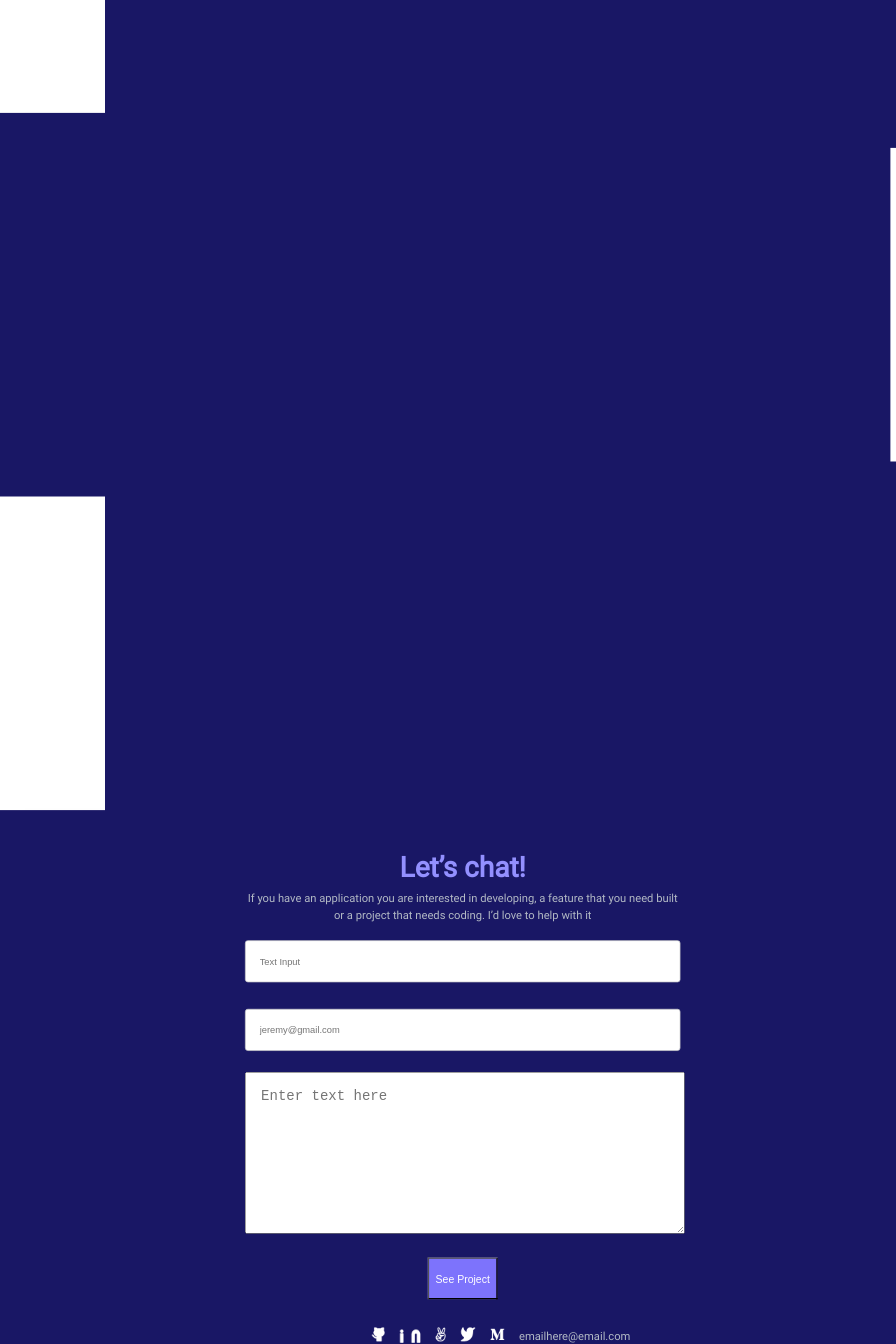
Repository: mustabbas/Portfolio
Page: index.html
An editor plug-in stored every save of this project. The page is shown before and after the next save, followed by the edit.
The browser window is 1280 px wide. The pictures show the part of the page from y = 1986 to 3906 px (the page is 3906 px tall), at 70% of full size.

Above is the page before, as saved 2021-08-19 22:50:47.

### index.html
<!DOCTYPE html>
<html lang="en">
<head>
    <meta charset="UTF-8">
    <meta name="viewport" content="width=device-width, initial-scale=1.0">
    <meta http-equiv="X-UA-Compatible" content="ie=edge">
    <link rel="stylesheet" href="style.css"/>
    <title>Mustafa Portfolio</title>
</head>
<body>
    <section class="container">
        <header class="header">
            <a href="#"><h2>Mustafa Abbas</h2></a>
            <nav class="humberger">
            <img  src="./assets/img/humberger.png" alt="humberger"/>
            <img  src="./assets/img/humberger.png" alt="humberger"/>
            <img  src="./assets/img/humberger.png" alt="humberger"/>
            </nav>
            <ul class="main-nav">
                <li><a href="#">Portoflio</a></li>
                <li><a href="#">About</a></li>
                <li><a href="#">Contact</a></li>
                <li ><a href="#"><img class="email-pic" src="./assets/img/Icon-Mail.png" alt="email"/></a></li >
            </ul>
        </header>
        <div class="head-wraper">
            <div class="title-wraper">
                <h1>Mustafa Abbas</h1>
                <h2>Software Developer</h2>
            </div>
        </div>
        <div class="wrap-content">
        <div class="box"><p>I can help you build a product , feature or website Look through some of my work and experience! If you like what you see and have a project you need coded,  don’t hestiate to contact me.</p></div>
        <div class="line"></div>
        <div class="skills">
        <ul>
            <li>Language</li>
            <li>Javascript</li>
            <li>Ruby</li>
            <li>Html</li>
            <li>Css</li>
        </ul>
        <ul>
            <li>Frameworks</li>
            <li>Ruby on Rails</li>
            <li>Bootstrap</li>
            <li>RSPec</li>
            <li>CapyBara</li>
        </ul>
        <ul>
            <li>Skills</li>
            <li>Codekit</li>
            <li>Github</li>
            <li>Codepen</li>
            <li>Gitlab</li>
        </ul>
      </div>
      <div class="line"></div>
    </div>

    </section>
    <div class="footer-nav ml justify-space">
        <div class="work-container work-reverse">
            <div class="arrow-container arrow-reverse">
            <img src="./assets/img/Vector-line-arrow.png" alt="Vector-line-arrow"/>
            <img src="./assets/img/Vector-arrow.png" alt="Vector-arrow"/>
            </div>
            <span>Work</span>
        </div>
        <div class="vector-container">
            <ul>
                <li><img src="./assets/img/Vector-github.png" alt="Vector-github"/></li>
                <li>
                    <div class="linked-container">
                            <div>
                                    <img src="./assets/img/Vector-dot-linkedin.png" alt="Vector-dot-linkedin"/>
                                    <img src="./assets/img/Vector-line-linkedin.png" alt="Vector-line-linkedin"/>
                            </div>
                            <img id="vector2" src="./assets/img/Vector-n-linkedin.png" alt="Vector-n-linkedin"/>
                     </div>
                </li>
                <li> <img src="./assets/img/Vector.png" alt="Vector"/></li>
                <li><img src="./assets/img/Vector-twitter.png" alt="Vector-twitter"/></li>
                <li> <img src="./assets/img/Vector-M.png" alt="Vector-M"/></li>
            </ul>

         </div>
         <div class="work-container">
            <div class="arrow-container">
            <img src="./assets/img/Vector-line-arrow.png" alt="Vector-line-arrow"/>
            <img src="./assets/img/Vector-arrow.png" alt="Vector-arrow"/>
            </div>
            <span>Work</span>
        </div>
    </div>

    <section class="recent-work">
    <h3>My recent work</h3>
    <div class="line"></div>
    <div class="card card-left">
       <img src="./assets/img/Placeholder.png" alt="Placeholder"/>
       <div class="card-body">
           <h4>Multi-Post Stories</h4>
           <p>A daily selection of privately personalized reads; no accounts or sign-ups required. has been the industry's standard dummy text ever since the 1500s, when an unknown printer took a standard dummy text.</p>
            <ul>
                <li>css</li>
                <li class="vertical-line"></li>
                <li>html</li>
                <li class="vertical-line"></li>
                <li>bootstrap</li>
                <li class="vertical-line"></li>
                <li>Ruby</li>
            </ul>
            <button type="button" class="button">See Project</button>
       </div>
    </div>
    <div class="card card-reverse">
        <img src="./assets/img/Placeholder.png" alt="Placeholder"/>
        <div class="card-body">
            <h4>Multi-Post Stories</h4>
            <p>A daily selection of privately personalized reads; no accounts or sign-ups required. has been the industry's standard dummy text ever since the 1500s, when an unknown printer took a standard dummy text.</p>
             <ul>
                 <li>css</li>
                 <li class="vertical-line"></li>
                 <li>html</li>
                 <li class="vertical-line"></li>
                 <li>bootstrap</li>
                 <li class="vertical-line"></li>
                 <li>Ruby</li>
             </ul>
             <button type="button" class="button">See Project</button>
        </div>
     </div>
     <div class="card card-left">
        <img src="./assets/img/Placeholder.png" alt="Placeholder"/>
        <div class="card-body">
            <h4>Multi-Post Stories</h4>
            <p>A daily selection of privately personalized reads; no accounts or sign-ups required. has been the industry's standard dummy text ever since the 1500s, when an unknown printer took a standard dummy text.</p>
             <ul>
                 <li>css</li>
                 <li class="vertical-line"></li>
                 <li>html</li>
                 <li class="vertical-line"></li>
                 <li>bootstrap</li>
                 <li class="vertical-line"></li>
                 <li>Ruby</li>
             </ul>
             <button type="button" class="button">See Project</button>
        </div>
     </div>
     <div class="card card-reverse">
        <img src="./assets/img/Placeholder.png" alt="Placeholder"/>
        <div class="card-body">
            <h4>Multi-Post Stories</h4>
            <p>A daily selection of privately personalized reads; no accounts or sign-ups required. has been the industry's standard dummy text ever since the 1500s, when an unknown printer took a standard dummy text.</p>
             <ul>
                 <li>css</li>
                 <li class="vertical-line"></li>
                 <li>html</li>
                 <li class="vertical-line"></li>
                 <li>bootstrap</li>
                 <li class="vertical-line"></li>
                 <li>Ruby</li>
             </ul>
             <button type="button" class="button">See Project</button>
        </div>
     </div>
    </section>

    <div class="card-container">
        <div class="card">
        <div class="card-body center-text margin">
        <h3 class="h3-sm">CONTACT US</h3>
        <h3 class="h3-l">Let’s chat!</h3>
        <p id="contact-p">If you have an application you are interested in developing, a feature that you need built or a project that needs coding. I’d love to help with it </p>
        <form method="POST" action="https://formspree.io/f/xdoypzrq" id="aboutmeForm">
            <input type="text" placeholder="Text Input" maxlength="30" required/>
            <input type="email" placeholder="jeremy@gmail.com" required/>
            <textarea rows="15" cols="48" placeholder="Enter text here" maxlength="500" required></textarea>
            <button type="submit" form="aboutmeForm" class="button btn">See Project</button>
        </form>

        </div>
        <footer class="footer-nav justify-center">
            <div class="vector-container">
                <ul>
                    <li><img src="./assets/img/Vector-github.png" alt="Vector-github"/></li>
                    <li>
                        <div class="linked-container">
                            <div>
                                <img src="./assets/img/Vector-dot-linkedin.png" alt="Vector-dot-linkedin"/>
                                <img src="./assets/img/Vector-line-linkedin.png" alt="Vector-line-linkedin"/>
                          </div>
                                <img src="./assets/img/Vector-n-linkedin.png" alt="Vector-n-linkedin"/>
                         </div>
                    </li>
                    <li> <img src="./assets/img/Vector.png" alt="Vector"/></li>
                    <li><img src="./assets/img/Vector-twitter.png" alt="Vector-twitter"/></li>
                    <li> <img src="./assets/img/Vector-M.png" alt="Vector-M"/></li>
                </ul>

             </div>
            <span>emailhere@email.com</span>
        </footer>
    </div>
    </div>


</body>
</html>

### style.css
@font-face {
  font-family: 'roboto';
  src: url(assets/font/Roboto/Roboto-Regular.ttf);
}

body {
  background-color: #191765;
  font-family: 'roboto', sans-serif;
}

ul {
  margin: 0;
  padding: 0;
  list-style: none;
}

h1 {
  color: #9390ff;
}

p,
h2,
td,
li,
a,
span {
  color: #b3bac5;
}

.container {
  display: flex;
  flex-direction: column;
  justify-content: center;
}

.header {
  display: flex;
  justify-content: space-around;
  align-items: center;
}

.header a {
  text-decoration: none;
}

.header h2 {
  font-size: 18px;
  line-height: 20px;
}

.main-nav {
  display: flex;
}

.main-nav a {
  display: block;
  padding: 1em;
  text-decoration: none;
  font-size: 15px;
  line-height: 20px;
}

.head-wraper {
  display: flex;
  justify-content: center;
  align-items: center;
  background-image: url("./assets/img/circle1header.svg");
  background-repeat: no-repeat;
}

.title-wraper {
  flex-direction: column;
  justify-content: center;
}

.box {
  min-width: 450px;
  margin: 50px;
}

.box p {
  font-size: 20px;
  font-weight: 300;
  text-align: center;
  color: #b3bac5;
  max-width: 450px;
}

.wrap-content {
  background-image: url("./assets/img/circle1header.svg");
  background-repeat: no-repeat;
}

.skills {
  display: flex;
  justify-content: space-between;
}

.skills ul {
  width: 40%;
  margin-top: 20px;
  margin-left: 40px;
}

.skills li {
  margin: 20px;
}

.skills ul li:first-child {
  color: #9390ff;
}

.email-pic {
  color: #b3bac5;
}

.footer-nav {
  display: flex;
  align-items: center;
  margin-top: 40px;
}

.work-container {
  display: flex;
  justify-content: space-around;
}

.work-reverse {
  flex-direction: row-reverse;
}

.arrow-reverse {
  margin-left: 10px;
}

.vector-container {
  width: 200px;
}

.vector-container ul {
  display: flex;
  justify-content: space-between;
  align-items: center;
}

.vector-container img {
  margin-left: 10px;
}

.arrow-container {
  display: flex;
  flex-direction: column;
  align-items: flex-start;
  margin-right: 10px;
}

.arrow-container img:first-child {
  margin-left: 9px;
}

.arrow-container img:last-child {
  margin-top: -8px;
}

.linked-container {
  display: flex;
}

.linked-container div {
  display: flex;
  flex-direction: column;
}

#vector2 {
  margin-left: auto;
}

.recent-work h3 {
  font-size: 45px;
  color: #9390ff;
  margin: 20px;
  text-transform: uppercase;
  margin-left: 150px;
}

.recent-work {
  margin-top: 200px;
  display: grid;
  grid-template-columns: auto;
  grid-template-rows: auto;
  justify-content: center;
}

.card {
  display: flex;
  margin-left: 142px;
  margin-top: 50px;
}

.card-container {
  display: grid;
  grid-template-columns: auto;
  grid-template-rows: auto;
  justify-content: center;
}

.card-container .card-body {
  width: auto;
}

.card-container .card {
  flex-direction: column;
}

.card-body h4 {
  font-size: 40px;
  color: #fff;
}

.card-body p {
  font-size: 20px;
  line-height: 28px;
  text-align: left;
  animation-name: card-p;
  animation-duration: 3s;
  animation-timing-function: linear;
  animation-direction: alternate;
}

@keyframes card-p {
  from {
    font-size: 10px;
    line-height: 10px;
  }
  to {
    font-size: 20px;
    line-height: 28px;
  }
}

.card-body ul {
  display: flex;
  justify-content: space-around;
  font-size: 15px;
  text-align: left;
}

.center-text {
  text-align: center;
}

#contact-p {
  font-size: 16px;
  line-height: 24px;
  text-align: center;
}

.vertical-line {
  height: 50px;
  border-right: 3px solid #646369;
}

.button {
  background-color: #7d73fc;
  width: 100px;
  height: 60px;
  color: #fff;
  font-size: 15px;
  margin-top: 20px;
}

.button:hover {
  box-shadow: 0 8px 16px rgba(125, 115, 252, 0.48);
}

.button:enabled {
  background-color: #7d73fc;
}

.button:focus {
  background-color: #5e42d7;
}

.button:disabled {
  background-color: #2a2b33;
}

input {
  width: 100%;
  height: 60px;
  padding: 12px 20px;
  margin: 8px 0;
  display: inline-block;
  border: 1px solid #ccc;
  border-radius: 4px;
  box-sizing: border-box;
  margin-bottom: 30px;
}

textarea {
  width: 100%;
}

textarea::placeholder {
  font-size: 20px;
  padding: 20px;
}

.btn {
  margin-top: 30px;
}

/* Desktop view */
@media (min-width: 600px) {
  .card {
    height: 448px;
  }

  .card-left {
    animation-name: leftcard;
    animation-duration: 3s;
    animation-timing-function: linear;
    animation-direction: alternate;
  }

  @keyframes leftcard {
    0% { margin-left: 100%; }
    25% { margin-left: 75%; }
    50% { margin-left: 50%; }
    75% { margin-left: 25%; }
    100% { margin-left: 142px; }
  }

  .card-body {
    margin-left: 24px;
    width: 40%;
  }

  .line {
    min-width: 450px;
    border-bottom: 1px solid #646369;
    margin-left: 142px;
    margin-right: 142px;
  }

  .card-reverse {
    flex-direction: row-reverse;
    animation-name: reversecard;
    animation-duration: 3s;
    animation-timing-function: linear;
    animation-direction: alternate;
    margin-right: 142px;
  }

  @keyframes reversecard {
    from {
      margin-right: 100%;
    }

    to {
      margin-right: 142px;
    }
  }

  .card-reverse img {
    margin-left: 20px;
  }

  .head-wraper {
    background-position: 70px -10px;
    background-size: 184px 184px;
  }

  .title-wraper h1 {
    font-size: 90px;
    line-height: 105px;
    font-weight: bold;
    margin: 24px 0;
    text-align: center;
  }

  .title-wraper h2 {
    font-size: 40px;
    line-height: 47px;
    margin-top: 0;
    text-align: center;
  }

  .wrap-content {
    display: flex;
    flex-direction: column;
    justify-content: center;
    align-items: center;
    background-position: 90% 50px;
  }

  .justify-space {
    justify-content: space-around;
  }

  .justify-center {
    justify-content: center;
  }

  .footer-nav span {
    margin-left: 20px;
  }

  .h3-l {
    font-size: 40px;
    line-height: 24px;
    color: #9390ff;
    margin: 20px;
  }

  .h3-sm {
    display: none;
  }

  .margin {
    margin-left: 200px;
    margin-right: 300px;
  }
}

/* mobile view */
@media (max-width: 500px) {
  .container {
    align-items: center;
    width: 500px;
  }

  .header {
    width: 500px;
    justify-content: space-around;
  }

  .header ul {
    display: none;
  }

  .main-nav {
    flex-direction: column;
  }

  .head-wraper {
    width: 500px;
    background-position: -160px -50px;
  }

  .head-wraper img {
    margin-left: -200px;
  }

  .right {
    margin-right: -100px;
  }

  .container img {
    margin-right: -500px;
  }

  .box {
    width: 33.333%;
  }

  .skills {
    flex-wrap: wrap;
    width: 500px;
    background-position: 400px 10px;
  }

  .humberger {
    display: flex;
    flex-direction: column;
    justify-content: space-between;
  }

  .humberger img {
    width: 33.33px;
    height: 3px;
    margin: 5px;
    background-color: #b3bac5;
  }

  .footer-nav {
    width: auto;
    flex-direction: column;
  }

  .footer-nav span {
    margin-top: 10px;
  }

  .ml {
    margin-left: 100px;
  }

  .upper {
    display: none !important;
  }

  .work-container {
    display: flex;
    margin-top: 30px;
  }

  .card {
    flex-direction: column;
    width: 400px;
  }

  .line {
    min-width: 450px;
    width: 33.333%;
    border-bottom: 1px solid #646369;
  }

  .wrap-content {
    background-position: 450px 150px;
  }

  .work-reverse {
    display: none;
  }

  .h3-sm {
    font-size: 32px;
    line-height: 44px;
    color: #9390ff;
    margin: 20px;
    text-transform: uppercase;
  }

  .h3-l {
    display: none;
  }
}

After the next save:
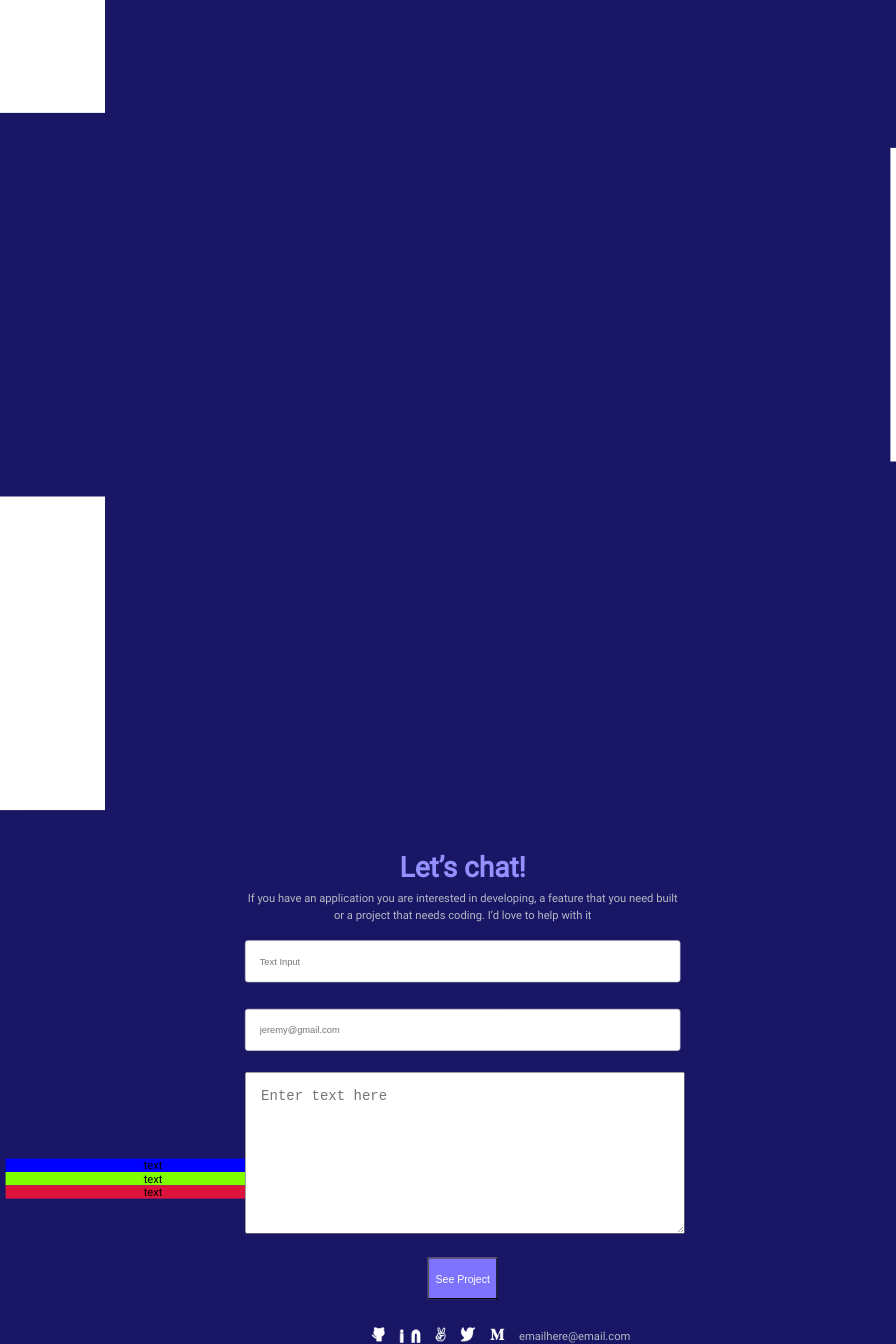
Saved 21 h 16 min later.
--- a/index.html
+++ b/index.html
@@ -204,7 +204,17 @@
         </footer>
     </div>
     </div>
-
+<div style="text-align:center;">
+    <div style="width: 33.33%;background-color: blue;">
+        text
+    </div>
+    <div style="width: 33.33%;background-color:chartreuse">
+        text
+    </div>
+    <div style="width: 33.33%;background-color:crimson;">
+        text
+    </div>
+</div>
 
 </body>
 </html>

After the 2 saves that followed:
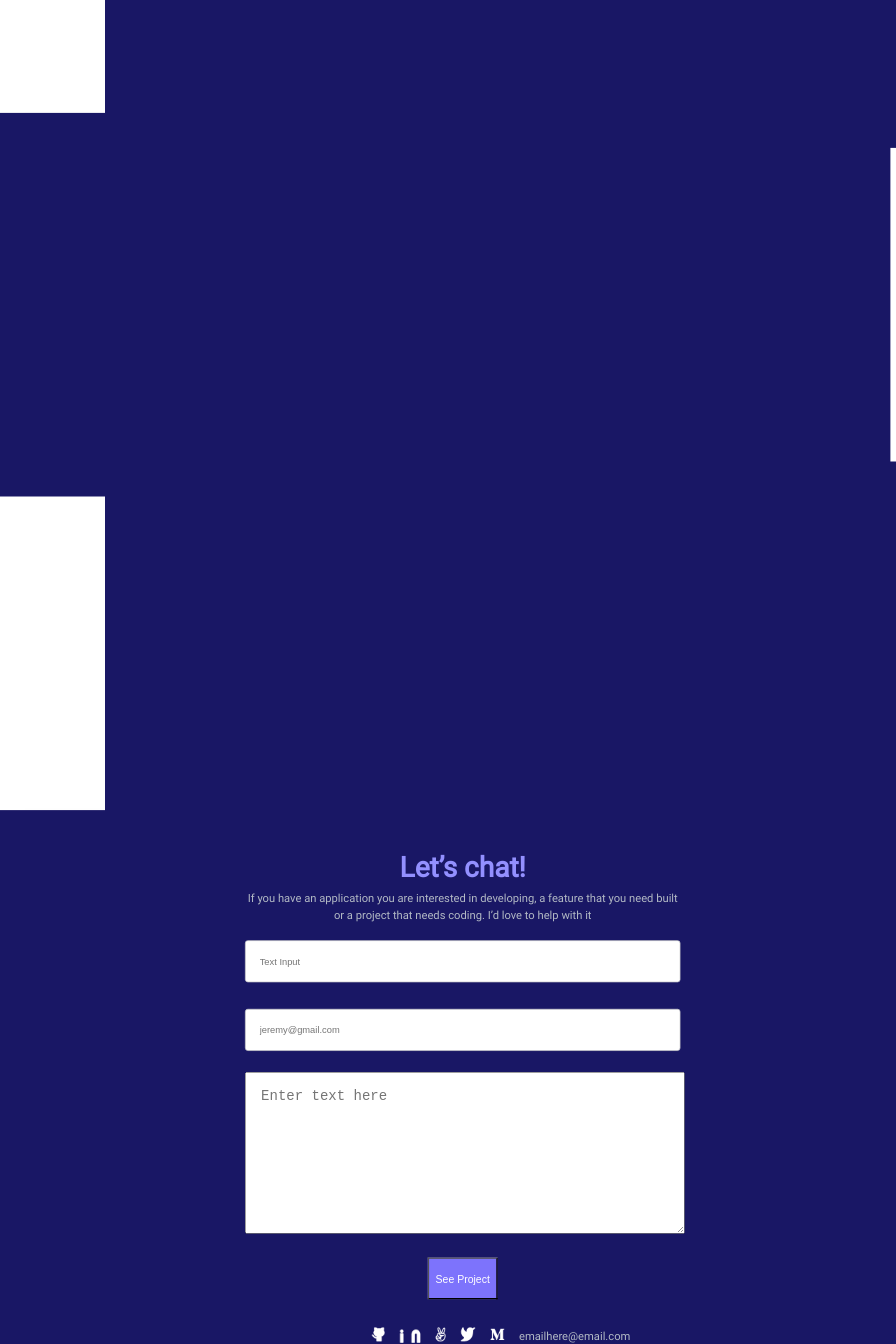
The 2 saves are shown as one change because 1 left the picture as it was.
The last was saved 13 min 53 s later.
--- a/index.html
+++ b/index.html
@@ -204,17 +204,5 @@
         </footer>
     </div>
     </div>
-<div style="text-align:center;">
-    <div style="width: 33.33%;background-color: blue;">
-        text
-    </div>
-    <div style="width: 33.33%;background-color:chartreuse">
-        text
-    </div>
-    <div style="width: 33.33%;background-color:crimson;">
-        text
-    </div>
-</div>
-
 </body>
 </html>
--- a/style.css
+++ b/style.css
@@ -232,6 +232,7 @@ span {
     font-size: 10px;
     line-height: 10px;
   }
+
   to {
     font-size: 20px;
     line-height: 28px;
